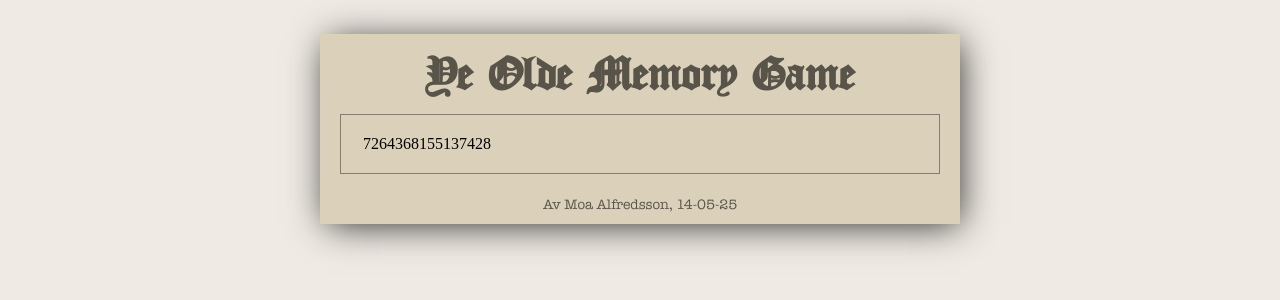
Repository: ma223md/1dv403-laborationer
Page: 3-gameon/memory/index.html
The author's editor kept a record of every edit. The page is drawn from the files as they stood at one moment, then again after the next edit.
The browser window is 1280 px wide. The pictures show the whole page.

Above is the page before.
Not found: 3-gameon/memory/pics/memory_0.png

After the next edit:
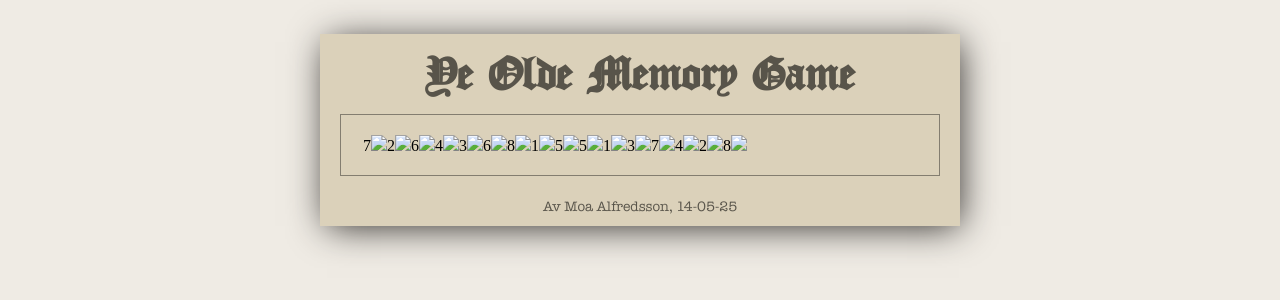
The edit:
--- a/3-gameon/memory/js/memory.js
+++ b/3-gameon/memory/js/memory.js
@@ -25,7 +25,7 @@
             image.setAttribute('src', 'pics/memory_0.png');
 
             div.appendChild(link);
-            link.appendChild(image);
+            div.appendChild(image);
             link.innerHTML = Memory.memoryBricks[i];
 
             // onclick funtion goes here
